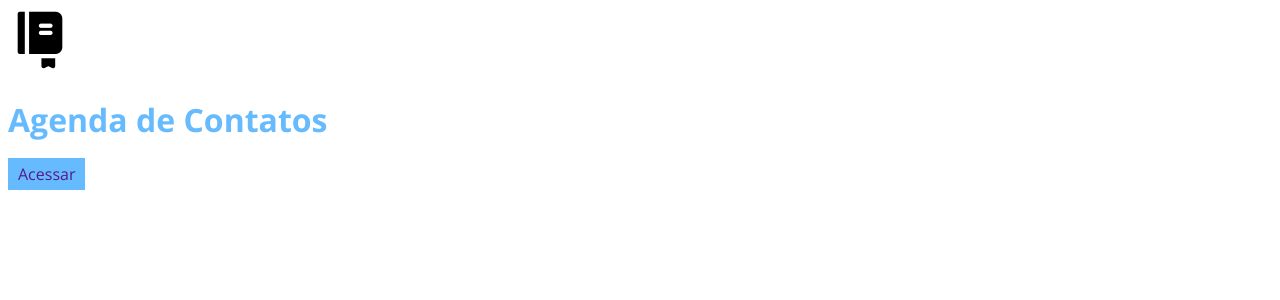
Repository: evanalves/Agenda-JDBC
Page: http://localhost/agenda/
These files come from the project's save history. The page is drawn as it stood at one moment and after the next save; the edit follows.
The browser window is 1280 px wide. The pictures show the whole page.
The page is served by Tomcat 10.

Above is the page before, as saved 2023-08-18 02:15:10.

After the next save:
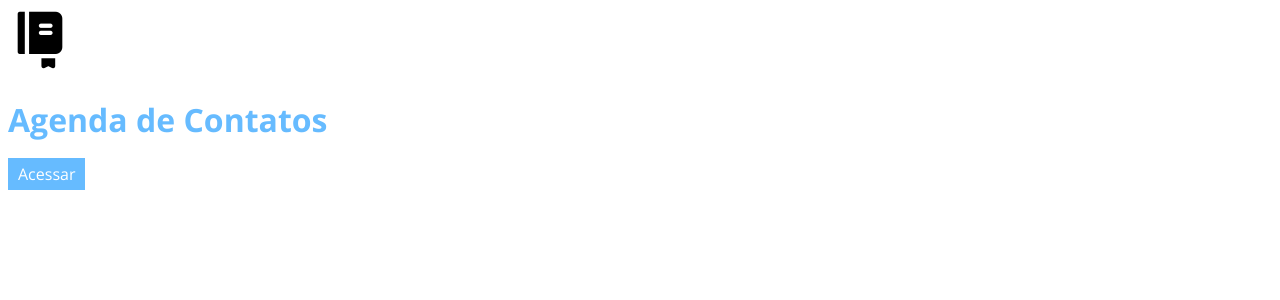
Saved 2 min 40 s later.
--- a/agenda/src/main/webapp/style.css
+++ b/agenda/src/main/webapp/style.css
@@ -17,4 +17,5 @@ h1{
 	text-decoration: none;
 	background-color: #66bbff;
 	padding: 5px 10px 5px 10px;
+	color:#fff;
 }
